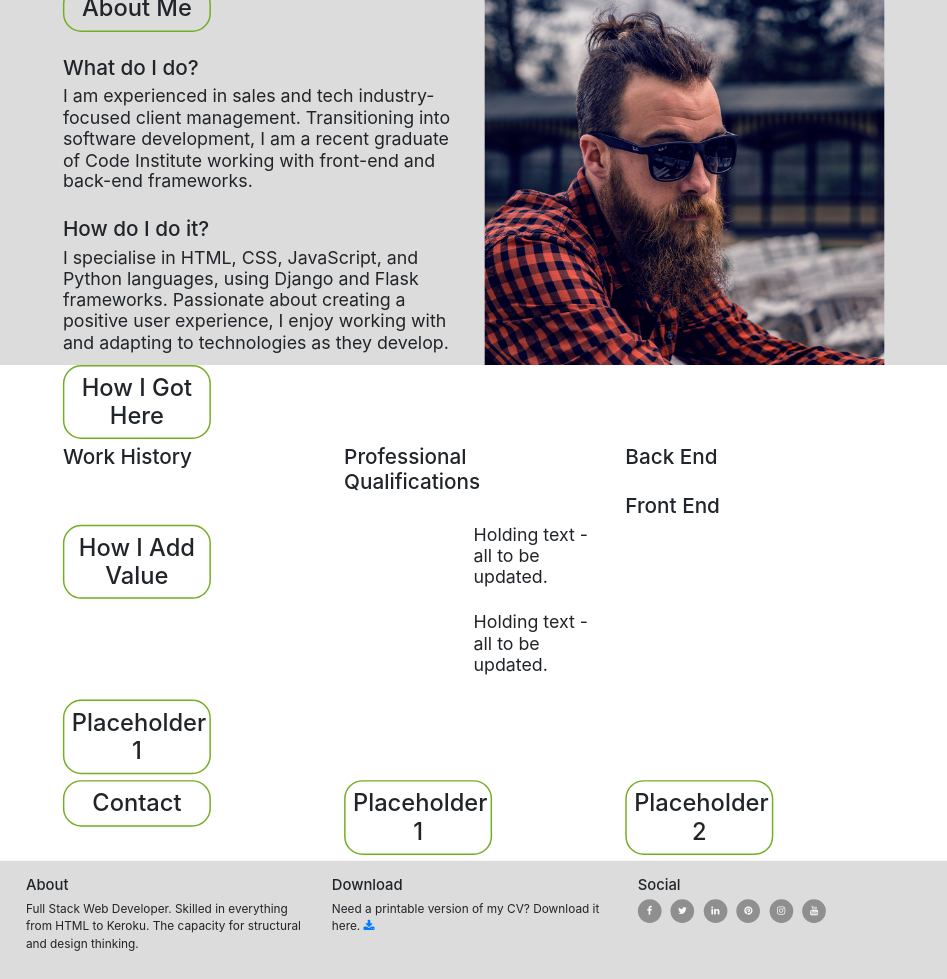
Repository: tenerim/first-milestone
Page: index.html
The author's editor kept a record of every edit. The page is drawn from the files as they stood at one moment, then again after the next edit.
The browser window is 1280 px wide. The pictures show the part of the page from y = 1257 to 2980 px (the page is 2580 px tall before and 2980 px after), at 74% of full size.
A picture or video elsewhere on the page could not be fetched, so the positions and the page height are approximate.

Above is the page before.

After the next edit:
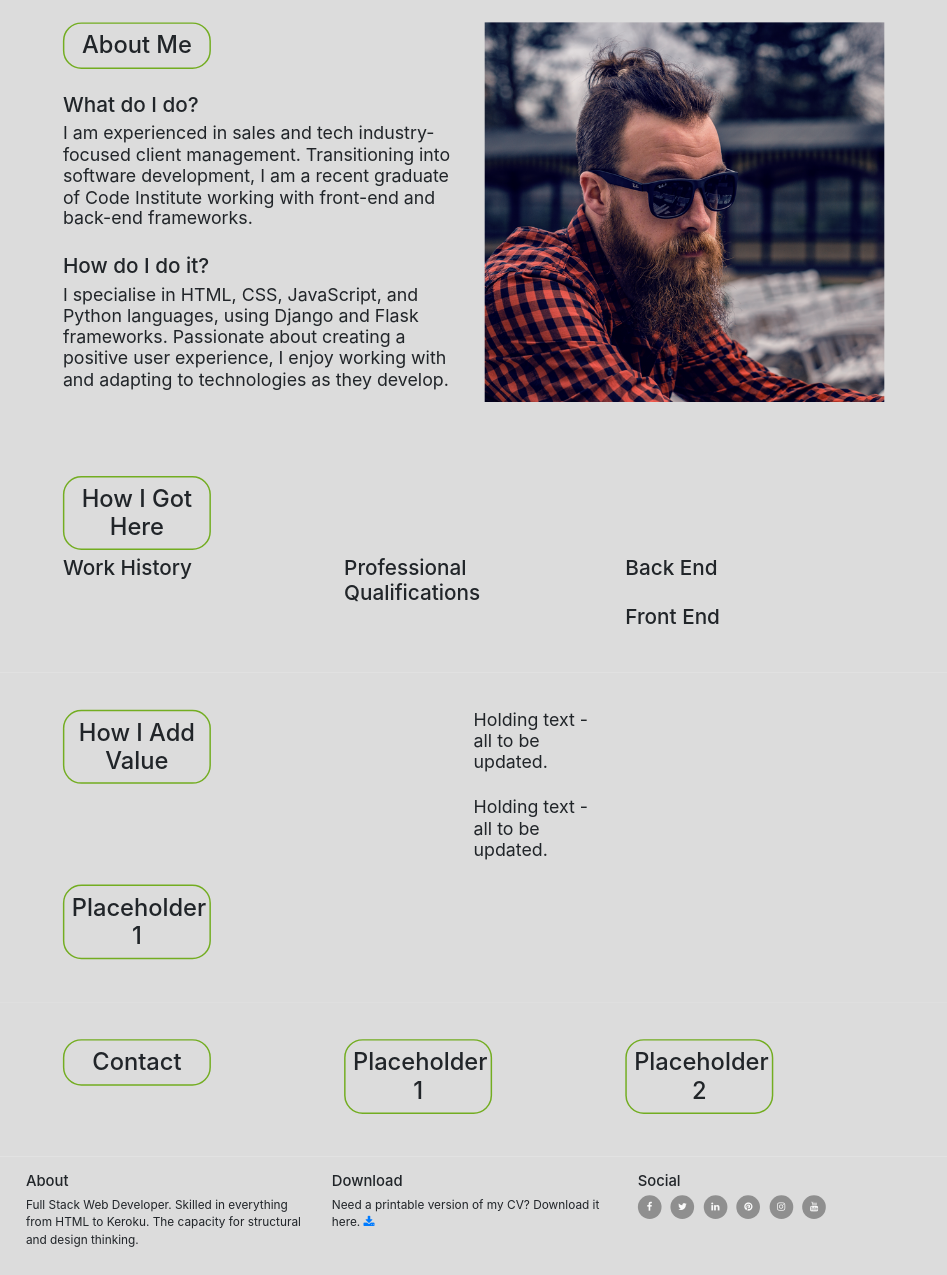
The edit:
--- a/assets/css/style.css
+++ b/assets/css/style.css
@@ -2,6 +2,11 @@
     background-color: rgb(220, 220, 220);
 }
 
+section {
+        background-color: rgb(220, 220, 220);
+        padding-top: 50px;
+        padding-bottom: 50px;
+}
 
 .splash {
        background-color: rgb(220, 220, 220);
